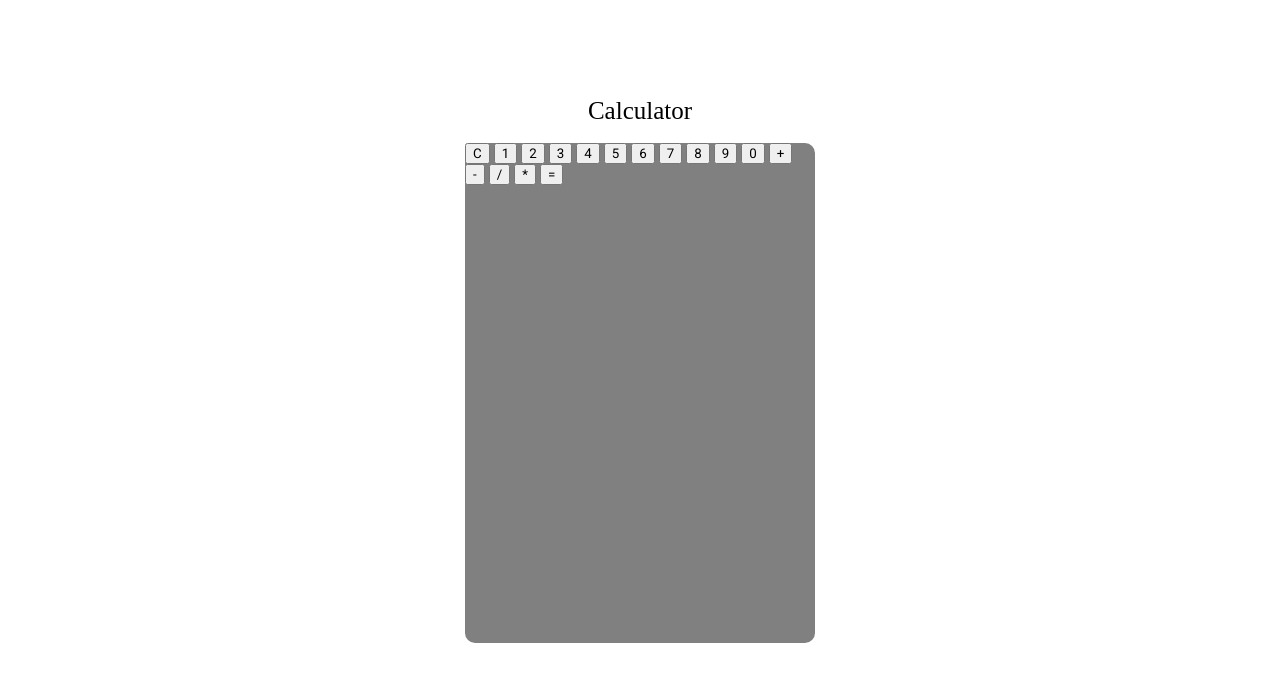
Repository: Gibon9/SimpleCalc
Page: index.html
These files come from the project's save history. The page is drawn as it stood at one moment and after the next save; the edit follows.
The browser window is 1280 px wide. The pictures show the whole page.
Some web fonts or font styles are not loaded; a fallback is used.

Above is the page before, as saved 2020-11-25 20:55:07.

### index.html
<!DOCTYPE html>
<html lang="en">
  <head>
    <meta charset="UTF-8" />
    <meta name="viewport" content="width=device-width, initial-scale=1.0" />
    <link rel="stylesheet" href="style/reset.css" />
    <link rel="stylesheet" href="style/style.css" />
    <title>Calculator</title>
  </head>

  <body>
    <main class="main">
      <h1 class="title">Calculator</h1>
      <section class="clac">
        <div class="calc-display" id="display"></div>
        <button class="calc-button" id="clear">C</button>
        <button class="calc-button" id="btn1">1</button>
        <button class="calc-button" id="btn2">2</button>
        <button class="calc-button" id="btn3">3</button>
        <button class="calc-button" id="btn4">4</button>
        <button class="calc-button" id="btn5">5</button>
        <button class="calc-button" id="btn6">6</button>
        <button class="calc-button" id="btn7">7</button>
        <button class="calc-button" id="btn8">8</button>
        <button class="calc-button" id="btn9">9</button>
        <button class="calc-button" id="btn0">0</button>
        <button class="calc-button" id="plus">+</button>
        <button class="calc-button" id="minus">-</button>
        <button class="calc-button" id="divide">/</button>
        <button class="calc-button" id="multiply">*</button>
        <button class="calc-button" id="equal">=</button>
      </section>
    </main>
    <script src="./index.js"></script>
  </body>
</html>

### style/style.css
@import url("https://fonts.googleapis.com/css2?family=Roboto&family=Saira+Stencil+One&display=swap");

:root {
  --background-color: grey;
  --display-color: black;
  --primary-color: #05e93a;
  --secondary-color: #feec00;
}

.calc-display,
.title {
  font-family: "Saira Stencil One", cursive;
}

.calc-button {
  font-family: "Roboto", sans-serif;
}

.main {
  display: flex;
  flex-direction: column;
  justify-content: center;
  align-items: center;
  width: 100vw;
  height: 100vh;
}

.title {
  font-size: 25px;
  margin: 20px 0;
}

.clac {
  width: 350px;
  height: 500px;
  background-color: var(--background-color);
  border-radius: 10px;
}

Loaded but not shown: style/reset.css (common file); index.js (no copy from this time; the picture is the same without it)

After the next save:
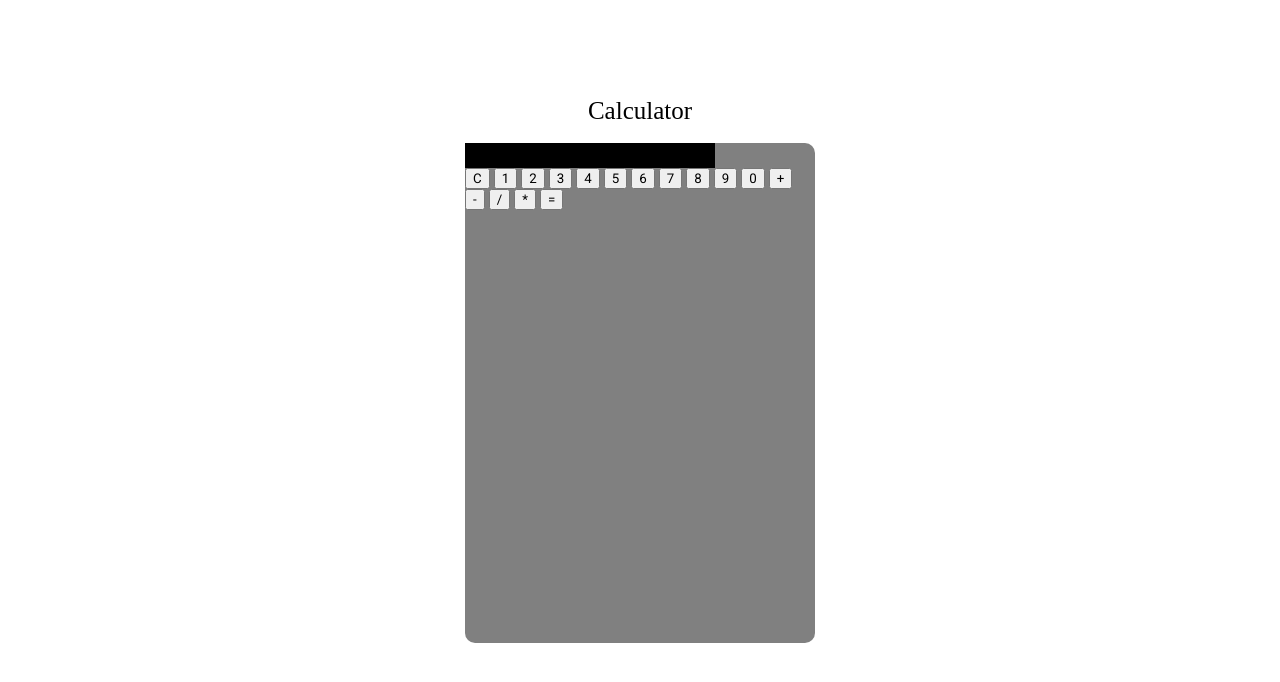
Saved 116 s later.
--- a/style/style.css
+++ b/style/style.css
@@ -36,3 +36,10 @@
   background-color: var(--background-color);
   border-radius: 10px;
 }
+
+.calc-display {
+  width: 250px;
+  height: 25px;
+  background-color: var(--display-color);
+  color: var(--primary-color);
+}
